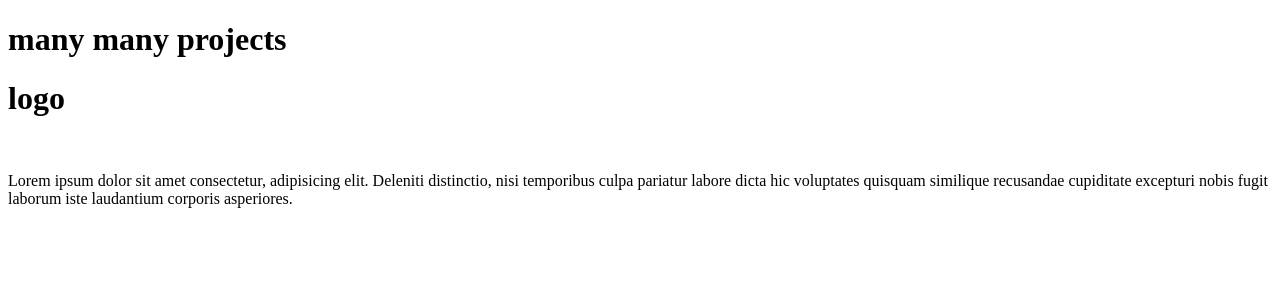
Repository: MERakram/dev_search
Page: templates/projects.html
An editor plug-in stored every save of this project. The page is shown before and after the next save, followed by the edit.
The browser window is 1280 px wide. The pictures show the whole page.
The template is drawn by Django 4.2. The application's start-up code is not run. Other server files are loaded and not shown. The template is opened directly, without the code that normally fills it, so the values that code supplies are empty.

Above is the page before, as saved 2022-07-08 17:23:28.

### templates/projects.html
<!DOCTYPE html>
<html lang="en">
  <head>
    <meta charset="UTF-8" />
    <meta http-equiv="X-UA-Compatible" content="IE=edge" />
    <meta name="viewport" content="width=device-width, initial-scale=1.0" />
    <title>Document</title>
  </head>
  <body>
    <h1>many many projects</h1>
    {% include 'logo.html' %}
    <p>
      Lorem ipsum dolor sit amet consectetur, adipisicing elit. Deleniti
      distinctio, nisi temporibus culpa pariatur labore dicta hic voluptates
      quisquam similique recusandae cupiditate excepturi nobis fugit laborum
      iste laudantium corporis asperiores.
    </p>
  </body>
</html>

### templates/logo.html
<h1>logo</h1>
<br />

After the next save:
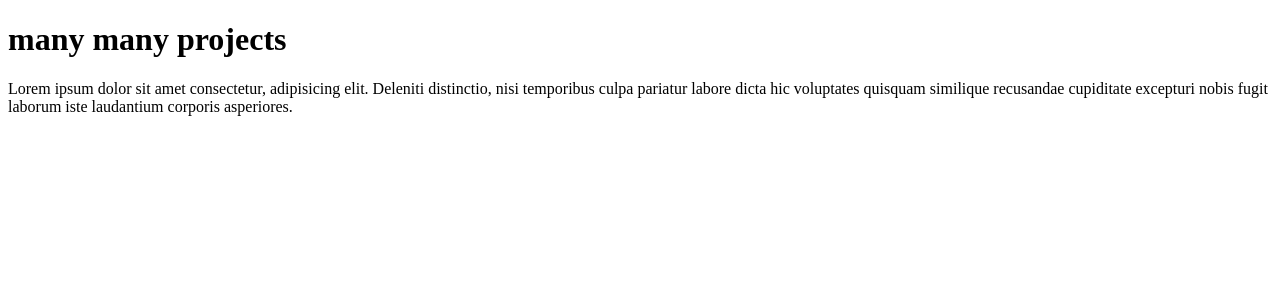
Saved 5 s later.
--- a/templates/projects.html
+++ b/templates/projects.html
@@ -8,7 +8,6 @@
   </head>
   <body>
     <h1>many many projects</h1>
-    {% include 'logo.html' %}
     <p>
       Lorem ipsum dolor sit amet consectetur, adipisicing elit. Deleniti
       distinctio, nisi temporibus culpa pariatur labore dicta hic voluptates
